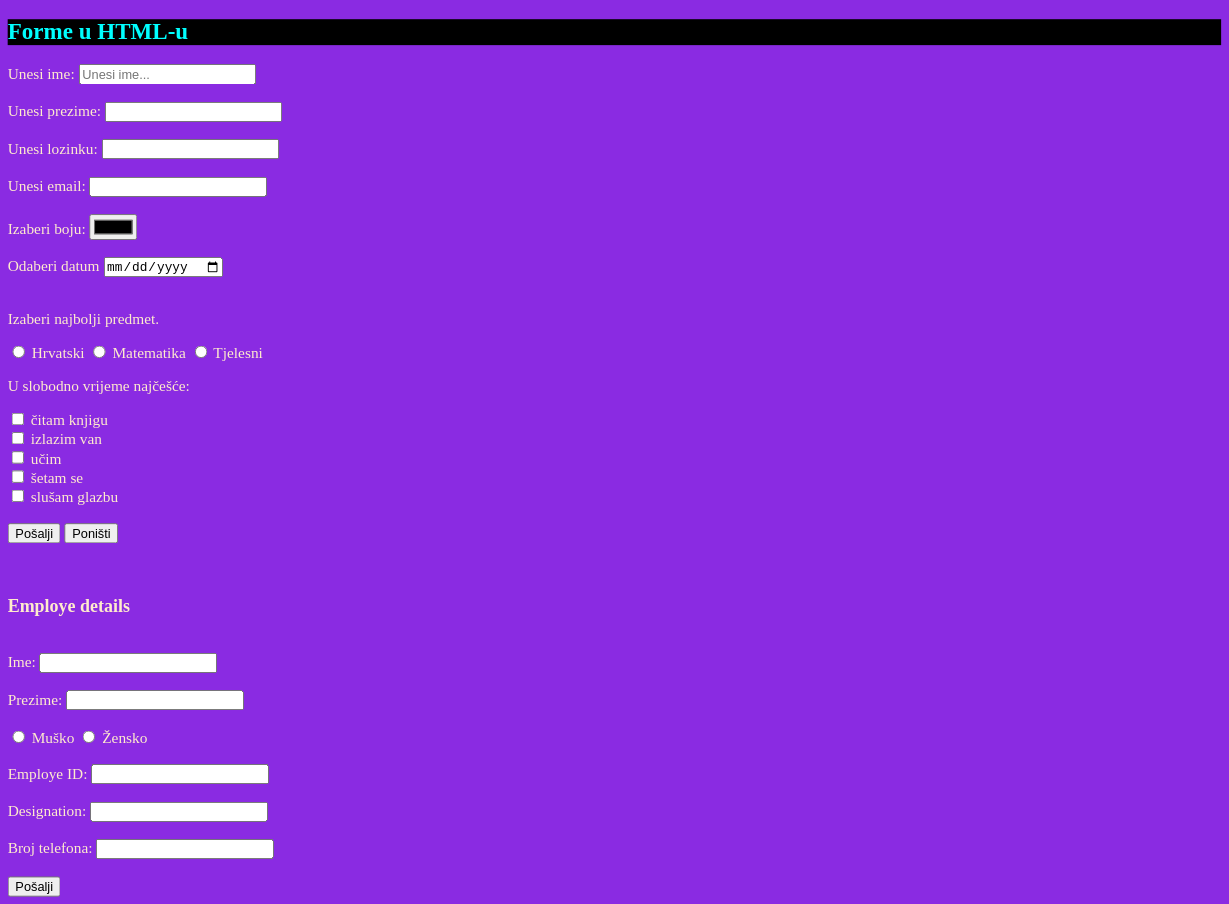
Repository: larabiondic/wp_biondic_lara
Page: forme/forme.html
The author's editor kept a copy of each file at every save. The page is drawn from the files as they stood at one save, then again after the next save.
The browser window is 1280 px wide. The pictures show the whole page, at 96% of full size.

Above is the page before, as saved 2025-11-03 21:15:23.

### forme/forme.html
<!DOCTYPE html>
<html lang="en">
<head>
    <meta charset="UTF-8">
    <meta name="viewport" content="width=device-width, initial-scale=1.0">
    <title>Forme</title>
    <link rel="stylesheet" href="../STYLE.CSS">

</head>
<body>
    <h2>Forme u HTML-u</h2>
    <!-- INTERNAL css -->
    <!-- <style>
        h2 {color: aqua; background-color: black;

        }
        body { color: blanchedalmond; background-color: blueviolet;

        }

    </style> -->
    <form action="#" method="get">
        <label for="ime">Unesi ime:</label>
        <input type="text" id="Ime" placeholder="Unesi ime...">
        <br>
        <br>
        <label for="prezime">Unesi prezime:</label>
        <input type="text" id="prezime">
        <br>
        <br>
        <label for="pass">Unesi lozinku:</label>
        <input type="password" name="pass" id="pass" required>
        <br>
        <br>
        <label for="email">Unesi email:</label>
        <input type="email" name="email" id="email">
        <br>
        <br>
        <label for="color">Izaberi boju:</label>
        <input type="color" name="color" id="color">
        <br>
        <br>
        <label for="date">Odaberi datum</label>
        <input type="date" name="datum" id="datum">
        <br>
        <br>
        <p>Izaberi najbolji predmet.</p>
        <input type="radio" name="predmet" id="Hrvatski">
        <label for="Hrvatski">Hrvatski</label>
        <input type="radio" name="predmet" id="Matematika">
        <label for="Matematika">Matematika</label>
        <input type="radio" name="predmet" id="Tjelesni">
        <label for="Tjelesni">Tjelesni</label>
        <br>

        <p>U slobodno vrijeme najčešće:</p>
        <input type="checkbox" name="knjiga" id="knjiga">
        <label for="knjiga">čitam knjigu</label> <br>
        <input type="checkbox" name="izlazak" id="izlazak">
        <label for="izlazak">izlazim van</label> <br>
        <input type="checkbox" name="učenje" id="učenje">
        <label for="učenje">učim</label> <br>
        <input type="checkbox" name="šetam" id="šetam">
        <label for="šetam">šetam se</label> <br>
        <input type="checkbox" name="glazba" id="glazba">
        <label for="glazba">slušam glazbu</label>

        <br>
        <br>
        <input type="submit" value="Pošalji">
        <input type="reset" value="Poništi">
    </form>
    <br>
    <br>
    <h3>Employe details</h3>
    <br>
    <form action="#" method="get">
        <label for="ime">Ime:</label>
        <input type="text" id="Ime">
        <br>
        <br>
        <label for="prezime">Prezime:</label>
        <input type="text" id="prezime">
        <br>
        <br>
        <input type="radio" name="spol" id="Muško">
        <label for="Muško">Muško</label>
        <input type="radio" name="spol" id="Žensko">
        <label for="Žensko">Žensko</label>
        <br>
        <br>
        <label for="Employe ID">Employe ID:</label>
        <input type="text" id="Employe ID">
        <br>
        <br>
        <label for="Designation">Designation:</label>
        <input type="text" id="Designation">
        <br>
        <br>
        <label for="broj">Broj telefona:</label>
        <input type="number" name="broj" id="broj">
        <br>
        <br>
        <input type="submit" value="Pošalji">



    </form>

</body>
</html>

### STYLE.CSS

h2
 {color: aqua; background-color: black;}
 body { color: blanchedalmond; background-color: blueviolet;}

After the next save:
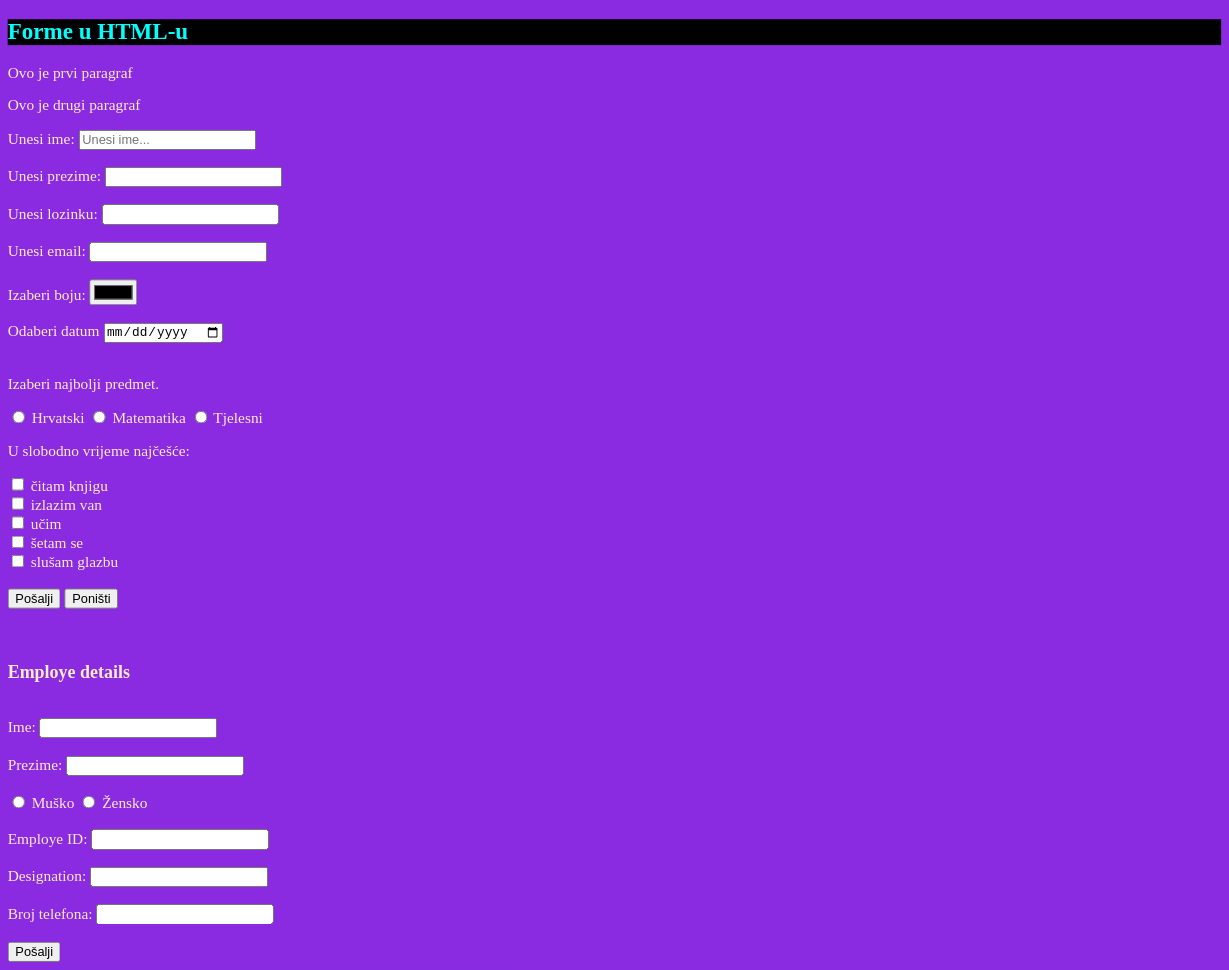
Saved 6 days later.
--- a/forme/forme.html
+++ b/forme/forme.html
@@ -19,6 +19,8 @@
         }
 
     </style> -->
+    <p id="prvi">Ovo je prvi paragraf</p>
+    <p class="drugi">Ovo je drugi paragraf</p>
     <form action="#" method="get">
         <label for="ime">Unesi ime:</label>
         <input type="text" id="Ime" placeholder="Unesi ime...">
